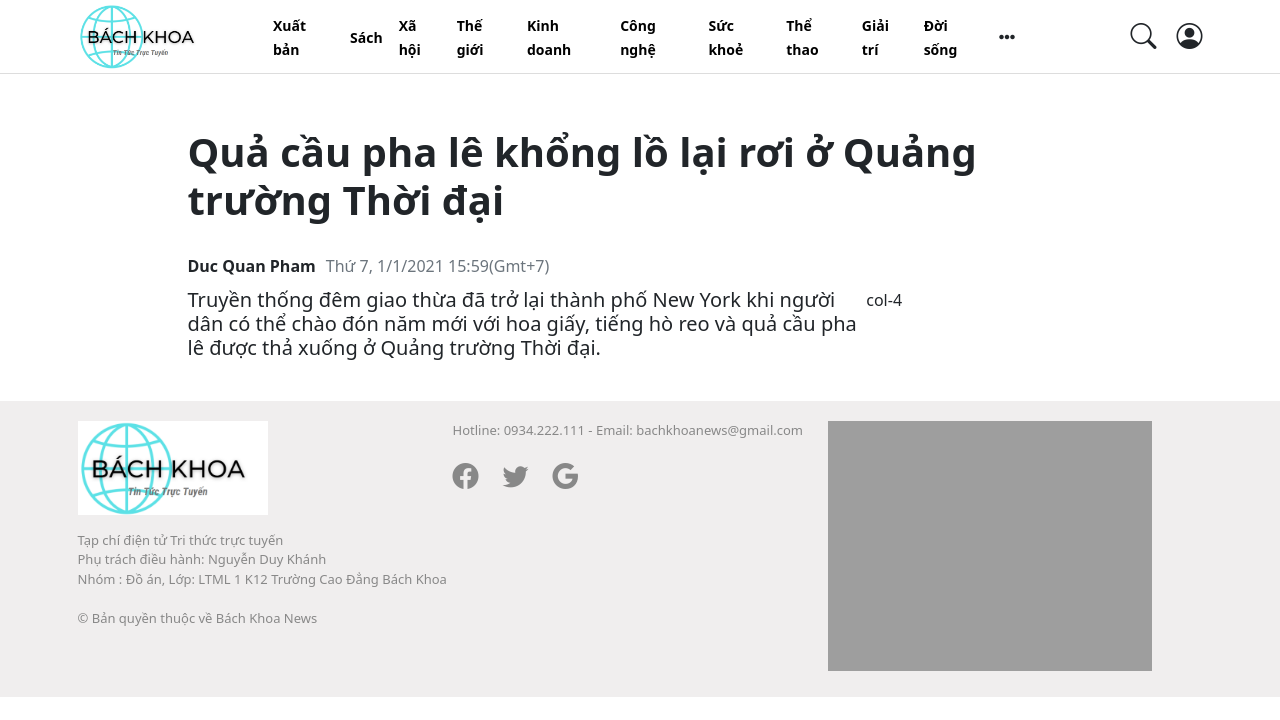
Repository: khanh2324/Java_Web
Page: WebContent/home-new/index.html
These files come from the project's save history. The page is drawn as it stood at one moment and after the next save; the edit follows.
The browser window is 1280 px wide. The pictures show the whole page.
Pictures or frames that could not be fetched are drawn as grey boxes. Some web libraries are served in a nearby version.

Above is the page before, as saved 2022-01-01 16:09:53.

After the next save:
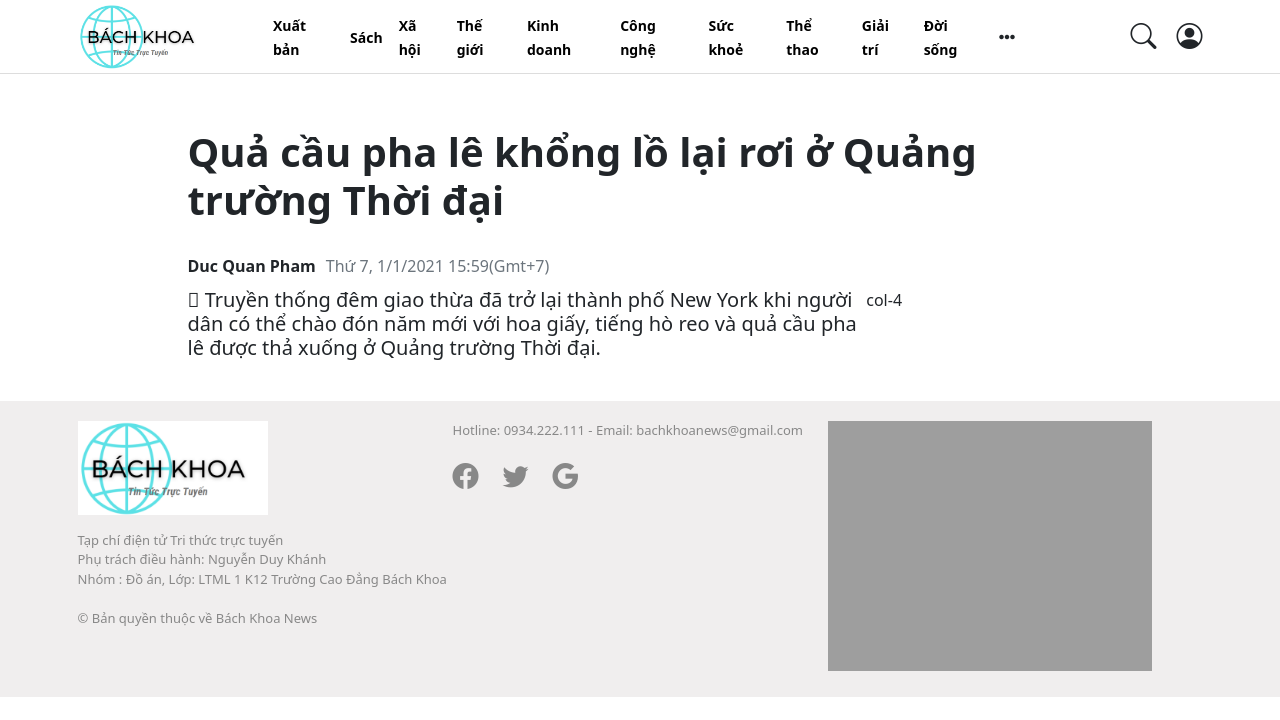
Saved 2 min 50 s later.
--- a/WebContent/home-new/index.html
+++ b/WebContent/home-new/index.html
@@ -407,7 +407,7 @@
                 <div class="content-hot d-flex mt-xxl-5">
 
                         <div class="col-9">
-                            <h2 class="category-heading font-weight-bold">
+                            <h2 class="category-heading font-weight-bold fa-align-justify">
                                 Truyền thống đêm giao thừa đã trở lại thành phố New York khi người dân có thể chào đón năm mới với hoa giấy, tiếng hò reo và quả cầu pha lê được thả xuống ở Quảng trường Thời đại.
                             </h2>
                         </div>
